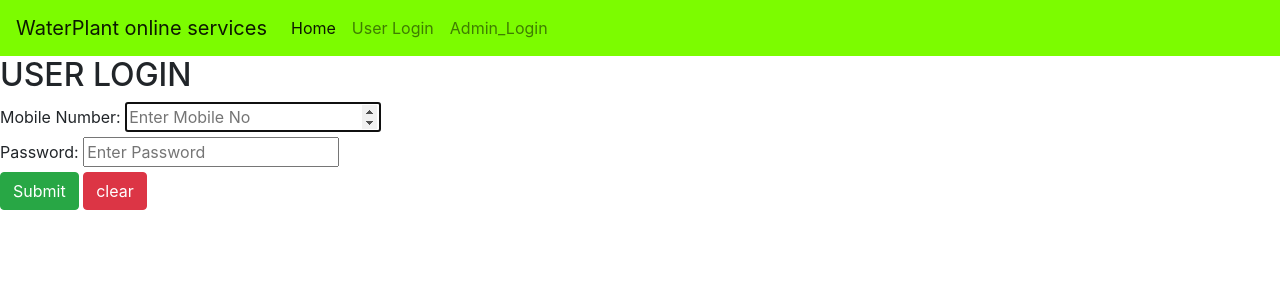
Repository: SHARMILAG97/WebApplication
Page: http://localhost/waterplant_web/userlogin.jsp
These files come from the project's save history. The page is drawn as it stood at one moment and after the next save; the edit follows.
The browser window is 1280 px wide. The pictures show the whole page.
The page is served by Tomcat 9.

Above is the page before, as saved 2019-09-18 08:28:07.
Console error: TypeError: Cannot read properties of undefined (reading 'fn')

After the next save:
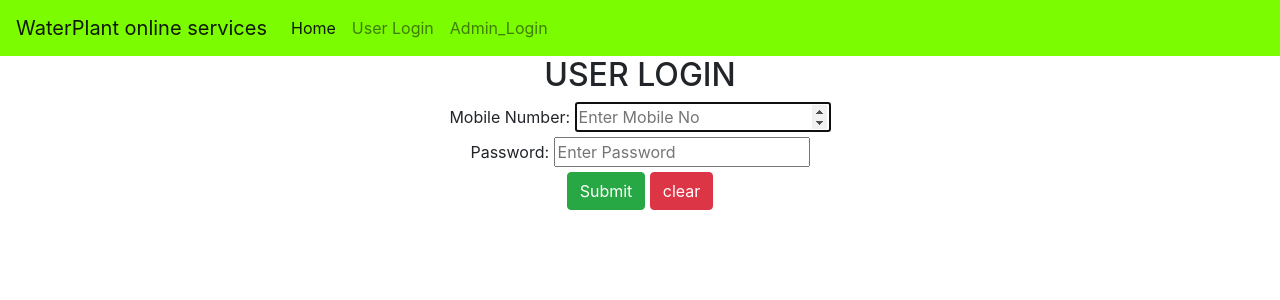
Saved 2 min 11 s later.
--- a/waterplant_web/src/main/webapp/userlogin.jsp
+++ b/waterplant_web/src/main/webapp/userlogin.jsp
@@ -10,7 +10,7 @@
 <script src="js/jquery-3.4.1.min.js"></script>
 </head>
 
-<body>
+<body style="text-align:center">
 
 <jsp:include page="headers.jsp"></jsp:include>
 <h2>USER LOGIN</h2>
